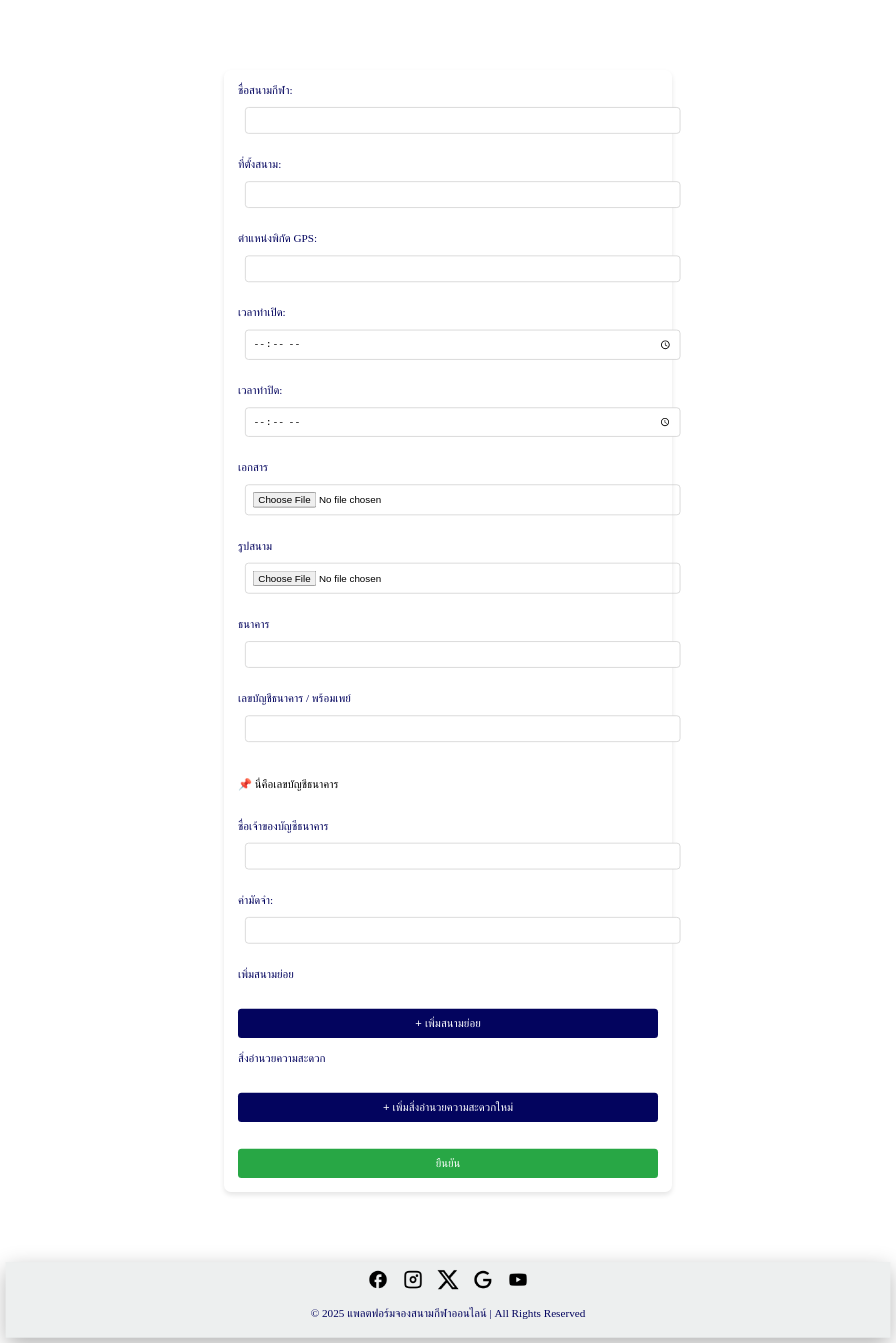
Repository: narawit101/project2
Page: /register-field (app in frontend/)
These files come from the project's save history. The page is drawn as it stood at one moment and after the next save; the edit follows.
The browser window is 1280 px wide. The pictures show the whole page, at 70% of full size.
The page's requests for data from a server got no answer. The project was rebuilt for these pictures with package versions that can differ from the ones it lists, and the page was loaded fresh each time. The framework's server and built-in components were replaced by stand-ins that run in the browser. No one was signed in, and anything a server would have sent is missing. Also part of the build but not shown: frontend/next.config.js, frontend/next.config.mjs, frontend/src/app/globals.css.

Above is the page before, as saved 2025-03-19 00:17:16.

### frontend/src/app/layout.jsx
import { Kanit } from "next/font/google";
import "./globals.css";
import  Footer from "./components/Footer"

const kanitFont = Kanit({
  variable: "--font-kanit",
  subsets: ["latin", "thai"],
  weight: ["300", "400", "600"],
});

export const metadata = {
  title: "แพลตฟอร์มจองสนามกีฬาออนไลน์",
  description: "Generated by create next app",
  icons: {
    icon:"./favicon.ico"
  }
};

export default function RootLayout({ children }) {
  return (
    <html lang="en">
      <body className={`${kanitFont.variable} antialiased`}>{children}
      <Footer></Footer>
      </body>

    </html>
  );
}

### frontend/src/app/(shared)/register-field/page.jsx
import React from "react";
import RegisterFieldForm from "@/app/components/RegisterFieldForm";

export default function RegisterFieldPage() {
  return (
    <>
    <RegisterFieldForm></RegisterFieldForm>

    </>
  );
}

### frontend/src/app/components/Footer.jsx
import React from "react";
import "../css/footer.css";

export default function Footer() {
  return (
    <div>
      <footer className="footer">
        <div className="social-icons">
          <a href="#">
            <img src="img/fblogo.png" alt="Facebook" />
          </a>
          <a href="#">
            <img src="img/iglogo.png" alt="Instagram" />
          </a>
          <a href="#">
            <img src="img/xlogo.png" alt="Twitter" />
          </a>
          <a href="#">
            <img src="img/gglogo.png" alt="Google" />
          </a>
          <a href="#">
            <img src="img/ytlogo.png" alt="YouTube" />
          </a>
        </div>

        <p className="copyright">
          &copy; 2025 แพลตฟอร์มจองสนามกีฬาออนไลน์ | All Rights Reserved
        </p>
      </footer>
    </div>
  );
}

### frontend/src/app/components/RegisterFieldForm.jsx
"use client";
import React, { useState, useEffect } from "react";
import "../css/registerFieldForm.css";

export default function RegisterFieldForm() {
  const API_URL = "http://localhost:5000";

  const [sports, setSports] = useState([]);
  const [facilities, setFacilities] = useState([]);
  const [selectedFacilities, setSelectedFacilities] = useState({});
  const [subFields, setSubFields] = useState([]);
  const [addOns, setAddons] = useState([]);
  const [newFacility, setNewFacility] = useState("");
  const [showNewFacilityInput, setShowNewFacilityInput] = useState(false);

  const [fieldData, setFieldData] = useState({
    field_name: "",
    address: "",
    gps_location: "",
    documents: null,
    open_hours: "",
    close_hours: "",
    img_field: null,
    preview_img: null,
    number_bank: "",
    account_holder: "",
    price_deposit: "",
    name_bank: "",
    selectedSport: "",
  });

  // 📌 โหลดประเภทกีฬา
  useEffect(() => {
    fetch(`${API_URL}/sports_types`)
      .then((res) => res.json())
      .then((data) => setSports(data))
      .catch((error) => console.error("Error fetching sports:", error));
  }, []);

  // 📌 โหลดสิ่งอำนวยความสะดวก
  useEffect(() => {
    fetch(`${API_URL}/facilities`)
      .then((res) => res.json())
      .then((data) => setFacilities(data))
      .catch((error) => console.error("Error fetching facilities:", error));
  }, []);

  // 📌 อัปเดตค่าช่องกรอกข้อมูลสนาม
  const handleFieldChange = (e) => {
    setFieldData({ ...fieldData, [e.target.name]: e.target.value });
  };

  // 📌 ฟังก์ชันเลือก Checkbox สิ่งอำนวยความสะดวก
  const handleFacilityChange = (facId) => {
    setSelectedFacilities((prev) => {
      const updatedFacilities = { ...prev };
      if (updatedFacilities[facId] !== undefined) {
        delete updatedFacilities[facId];
      } else {
        updatedFacilities[facId] = "";
      }
      return updatedFacilities;
    });
  };

  // 📌 ฟังก์ชันอัปเดตราคาสิ่งอำนวยความสะดวก
  const handleFacilityPriceChange = (facId, price) => {
    setSelectedFacilities((prev) => ({
      ...prev,
      [facId]: price,
    }));
  };

  // 📌 ฟังก์ชันเพิ่มสิ่งอำนวยความสะดวกใหม่
  const addNewFacility = async () => {
    if (!newFacility.trim()) return;

    const res = await fetch(`${API_URL}/facilities/add`, {
      method: "POST",
      headers: { "Content-Type": "application/json" },
      body: JSON.stringify({ fac_name: newFacility }),
    });

    const data = await res.json();
    if (data.error) {
      console.error("Error:", data.error);
      return;
    }

    setFacilities([...facilities, data]);
    setNewFacility("");
    setShowNewFacilityInput(false);
  };

  // ✅ เพิ่มสนามย่อย (มี addOns ในตัวเอง)
  const addSubField = () => {
    // ✅ ดึง user_id จาก localStorage
    const storedUser = localStorage.getItem("user");
    const userData = storedUser ? JSON.parse(storedUser) : null;
    const userId = userData ? userData.user_id : null; // ดึง user_id

    setSubFields([
      ...subFields,
      { name: "", price: "", sport_id: "", user_id: userId, addOns: [] },
    ]);
  };

  // ✅ ลบสนามย่อย (รวมถึง Add-ons ที่อยู่ภายใน)
  const removeSubField = (index) => {
    setSubFields(subFields.filter((_, i) => i !== index));
  };

  // ✅ อัปเดตข้อมูลสนามย่อย
  const updateSubField = (index, key, value) => {
    const updatedSubFields = [...subFields];
    updatedSubFields[index][key] = value;
    setSubFields(updatedSubFields);
  };

  const addAddOn = (subIndex) => {
    const updatedSubFields = [...subFields];
    updatedSubFields[subIndex].addOns.push({ content: "", price: "" });
    setSubFields(updatedSubFields);
  };

  // 📌 อัปเดตค่า Add-on
  const updateAddOn = (subIndex, addOnIndex, key, value) => {
    const updatedSubFields = [...subFields];
    updatedSubFields[subIndex].addOns[addOnIndex][key] = value;
    setSubFields(updatedSubFields);
  };

  // 📌 ลบ Add-on
  const removeAddOn = (subIndex, addOnIndex) => {
    const updatedSubFields = [...subFields];
    updatedSubFields[subIndex].addOns.splice(addOnIndex, 1);
    setSubFields(updatedSubFields);
  };

  // 📌 ฟังก์ชันจัดการอัปโหลดรูป และแสดงตัวอย่าง
  const handleimgChange = (e) => {
    const file = e.target.files[0]; // ดึงไฟล์รูปจาก input
    if (file) {
      setFieldData({
        ...fieldData,
        img_field: file,
        imgPreview: URL.createObjectURL(file), // สร้าง URL เพื่อแสดงรูป
      });
    }
  };

  const handleSubmit = async (e) => {
    e.preventDefault();

    const storedUser = localStorage.getItem("user");
    if (!storedUser) {
      alert("❌ กรุณาเข้าสู่ระบบก่อน!");
      return;
    }

    const userData = JSON.parse(storedUser);
    const userId = userData.user_id; // ✅ ดึง user_id ตอน Submit

    const formData = new FormData();
    formData.append("documents", fieldData.documents);
    formData.append("img_field", fieldData.img_field); // ✅ เพิ่มการส่งรูปภาพ
    formData.append(
      "data",
      JSON.stringify({
        user_id: userId,
        field_name: fieldData.field_name,
        address: fieldData.address,
        gps_location: fieldData.gps_location,
        open_hours: fieldData.open_hours,
        close_hours: fieldData.close_hours,
        number_bank: fieldData.number_bank,
        account_holder: fieldData.account_holder,
        price_deposit: fieldData.price_deposit,
        name_bank: fieldData.name_bank,
        status: fieldData.status || "รอตรวจสอบ", // ✅ เพิ่มค่า Status
        selectedFacilities,
        subFields: subFields,
      })
    );

    try {
      const res = await fetch("http://localhost:5000/field/register", {
        method: "POST",
        body: formData,
      });

      const data = await res.json();
      if (data.error) {
        console.error("❌ Error:", data.error);
        alert("เกิดข้อผิดพลาด: " + data.error);
        return;
      }

      alert("บันทึกข้อมูลสนามเรียบร้อย! รูปภาพถูกอัปโหลดที่: " + data.img_path);
    } catch (error) {
      console.error("❌ Fetch Error:", error);
      alert("เกิดข้อผิดพลาดในการส่งข้อมูล");
    }
  };

  return (
    <div className="contianer">
      <form onSubmit={handleSubmit} encType="multipart/form-data">
        <div className="input-group">
          {" "}
          <label>ชื่อสนามกีฬา:</label>
          <input
            type="text"
            name="field_name"
            value={fieldData.field_name}
            onChange={handleFieldChange}
          />
        </div>
        <div className="input-group">
          <label>ที่ตั้งสนาม:</label>
          <input
            type="text"
            name="address"
            value={fieldData.address}
            onChange={handleFieldChange}
          />
        </div>
        <div className="input-group">
          <label>ตำแหน่งพิกัด GPS:</label>
          <input
            type="text"
            name="gps_location"
            value={fieldData.gps_location}
            onChange={handleFieldChange}
          />
        </div>
        <div className="input-group">
          <label>เวลาทำเปิด:</label>
          <input
            type="time"
            name="open_hours"
            value={fieldData.open_hours}
            onChange={handleFieldChange}
          />
        </div>
        <div className="input-group">
          <label>เวลาทำปิด:</label>
          <input
            type="time"
            name="close_hours"
            value={fieldData.close_hours}
            onChange={handleFieldChange}
          />
        </div>
        <div className="input-group">
          <label htmlFor="documents">เอกสาร</label>
          <input
            type="file"
            onChange={(e) =>
              setFieldData({ ...fieldData, documents: e.target.files[0] })
            }
          />
        </div>
        <div className="input-group">
          <label htmlFor="img_field">รูปสนาม</label>

          <input type="file" onChange={handleimgChange} accept="image/*" />
        </div>
        {/* ✅ แสดงรูปตัวอย่างถ้ามีการอัปโหลด */}
        {fieldData.imgPreview && (
          <div>
            <p>ตัวอย่างรูป:</p>
            <img
              src={fieldData.imgPreview}
              alt="Preview"
              style={{ width: "200px", height: "auto", marginTop: "10px" }}
            />
          </div>
        )}
        <div className="input-group">
          <label htmlFor="bank">ธนาคาร</label>
          <input
            type="text"
            name="name_bank"
            value={fieldData.name_bank}
            onChange={handleFieldChange}
          />
        </div>
        <div className="input-group">
          <label htmlFor="bank">เลขบัญชีธนาคาร / พร้อมเพย์</label>
          <input
            type="number"
            name="number_bank"
            value={fieldData.number_bank}
            onChange={(e) => {
              const value = e.target.value;

              // ✅ อนุญาตเฉพาะตัวเลข
              if (/^\d*$/.test(value)) {
                setFieldData({ ...fieldData, number_bank: value });
              }
            }}
            onBlur={() => {
              const isPromptPay = fieldData.name_bank === "พร้อมเพย์";
              const length = fieldData.number_bank.length;

              // ✅ ตรวจสอบความถูกต้องของเลขที่กรอก
              if (
                (!isPromptPay && length !== 12) || // ✅ ถ้าเป็นบัญชีธนาคารต้อง 12 หลัก
                (isPromptPay && length !== 10 && length !== 13) // ✅ ถ้าเป็นพร้อมเพย์ต้อง 10 หรือ 13 หลัก
              ) {
                alert("เลขที่กรอกไม่ถูกต้อง กรุณากรอกให้ตรงกับเงื่อนไข");
                setFieldData({ ...fieldData, number_bank: "" }); // ❌ เคลียร์ค่า
              }
            }}
            maxLength={13} // ✅ จำกัดสูงสุดที่ 13 หลัก
          />
        </div>
        <div className="input-group">
          <p>
            📌{" "}
            {fieldData.name_bank === "พร้อมเพย์"
              ? "นี่คือหมายเลขพร้อมเพย์"
              : "นี่คือเลขบัญชีธนาคาร"}
          </p>
        </div>
        <div className="input-group">
          <label htmlFor="bank">ชื่อเจ้าของบัญชีธนาคาร</label>
          <input
            type="text"
            name="account_holder"
            value={fieldData.account_holder}
            onChange={handleFieldChange}
          />
        </div>
        <div className="input-group">
          <label>ค่ามัดจำ:</label>
          <input
            type="number"
            name="price_deposit"
            value={fieldData.price_deposit}
            onChange={handleFieldChange}
          />
        </div>
        <div className="input-group">
          <label>เพิ่มสนามย่อย</label>
        </div>
        {subFields.map((sub, subIndex) => (
          <div
            key={subIndex}

          >
            {/* ✅ Input กรอกชื่อสนามย่อย */}
            <div className="input-group">
              <input
                type="text"
                placeholder="ชื่อสนามย่อย"
                value={sub.name}
                onChange={(e) =>
                  updateSubField(subIndex, "name", e.target.value)
                }
              />
            </div>
            {/* ✅ Input กรอกราคา */}
            <div className="input-group">
              <input
                type="number"
                placeholder="ราคา"
                value={sub.price}
                onChange={(e) =>
                  updateSubField(subIndex, "price", e.target.value)
                }
              />
            </div>

            {/* ✅ Dropdown เลือกประเภทกีฬา */}
            <div className="input-group">
              <select
                value={sub.sport_id}
                onChange={(e) =>
                  updateSubField(subIndex, "sport_id", e.target.value)
                }
              >
                <option value="">เลือกประเภทกีฬา</option>
                {sports.map((sport) => (
                  <option key={sport.sport_id} value={sport.sport_id}>
                    {sport.sport_name}
                  </option>
                ))}
              </select>
            </div>

            {/* ✅ ปุ่มเพิ่มกิจกรรมเพิ่มเติม (เฉพาะสนามนี้) */}
            <button
              className="addbtn"
              type="button"
              onClick={() => addAddOn(subIndex)}
            >
              เพิ่มกิจกรรมเพิ่มเติม
            </button>

            {/* ✅ ปุ่มลบสนามย่อย */}
            <button
              className="delbtn"
              type="button"
              onClick={() => removeSubField(subIndex)}
            >
              ลบสนามย่อย
            </button>

            {/* ✅ แสดงรายการกิจกรรมเพิ่มเติมที่อยู่ในสนามนี้ */}
            {sub.addOns.map((addon, addOnIndex) => (
              <div
                key={addOnIndex}
                style={{ marginLeft: "20px", marginTop: "5px" }}
              >
                {/* ✅ Input กรอกชื่อกิจกรรม */}
                <div className="input-group">
                  <input
                    type="text"
                    placeholder="ชื่อกิจกรรม"
                    value={addon.content}
                    onChange={(e) =>
                      updateAddOn(
                        subIndex,
                        addOnIndex,
                        "content",
                        e.target.value
                      )
                    }
                  />
                </div>
                {/* ✅ Input กรอกราคา */}
                <div className="input-group">
                  <input
                    type="number"
                    placeholder="ราคา"
                    value={addon.price}
                    onChange={(e) =>
                      updateAddOn(subIndex, addOnIndex, "price", e.target.value)
                    }
                  />
                </div>

                {/* ✅ ปุ่มลบกิจกรรมเพิ่มเติม */}
                <button
                  className="delevn"
                  type="button"
                  onClick={() => removeAddOn(subIndex, addOnIndex)}
                >
                  ลบกิจกรรมเพิ่มเติม
                </button>
              </div>
            ))}
          </div>
        ))}

        {/* ✅ ปุ่มเพิ่มสนามย่อย */}

        <button className="addsubfield" type="button" onClick={addSubField}>
          + เพิ่มสนามย่อย
        </button>
        <div className="input-group">
          <label>สิ่งอำนวยความสะดวก</label>
        </div>
        {facilities.map((fac) => (
          <div key={fac.fac_id} className="facility-item">
            {/* Checkbox เลือกสิ่งอำนวยความสะดวก */}
            <div className="input-group-checkbox">
              <input
                type="checkbox"
                checked={selectedFacilities[fac.fac_id] !== undefined}
                onChange={() => handleFacilityChange(fac.fac_id)}
              />
              <label>{fac.fac_name}</label>
            </div>

            {/* ป้อนราคาเมื่อเลือกสิ่งอำนวยความสะดวก */}
            {selectedFacilities[fac.fac_id] !== undefined && (
              <div className="input-group-checkbox">
                <input
                  type="number"
                  placeholder="กำหนดราคา"
                  value={selectedFacilities[fac.fac_id]}
                  onChange={(e) =>
                    handleFacilityPriceChange(fac.fac_id, e.target.value)
                  }
                />
              </div>
            )}
          </div>
        ))}
        {!showNewFacilityInput ? (
          <button
            className="addfac"
            type="button"
            onClick={() => setShowNewFacilityInput(true)}
          >
            + เพิ่มสิ่งอำนวยความสะดวกใหม่
          </button>
        ) : (
          <div>
            <input
              type="text"
              placeholder="ชื่อสิ่งอำนวยความสะดวก"
              value={newFacility}
              onChange={(e) => setNewFacility(e.target.value)}
            />
            <button className="savebtn" type="button" onClick={addNewFacility}>
              บันทึก
            </button>
            <button
              className="canbtn"
              type="button"
              onClick={() => setShowNewFacilityInput(false)}
            >
              ยกเลิก
            </button>
          </div>
        )}

        <br />
        <button className="submitbtn" type="submit">ยืนยัน</button>
      </form>
    </div>
  );
}

### frontend/src/app/css/footer.css
:root {
  --text-color: #03045e;
}
.footer {
  background: #edefef;
  padding: 10px 0;
  text-align: center;
  color: var(--text-color);
  position: relative;
  box-shadow: 0px 10px 30px rgba(0, 0, 0, 0.3);
}

.social-icons {
  display: flex;
  justify-content: center;
  gap: 20px;
  margin-bottom: 20px;
}

.social-icons a img {
  width: 30px;
  height: 30px;
  transition: transform 0.3s ease-in-out;
}

.social-icons a:hover img {
  transform: scale(1.1);
  filter: brightness(1.2);
}

.copyright {
  font-size: 16px;
}

### frontend/src/app/css/registerFieldForm.css
:root {
  --text-color: #03045e;
}

.contianer {
  width: 100%;
  max-width: 600px;
  margin: 100px auto;
  padding: 20px;
  background: #ffffff;
  box-shadow: 0 4px 8px rgba(0, 0, 0, 0.1);
  border-radius: 10px;
  text-align: left;
}
form {
  display: flex;
  flex-direction: column;
}

.input-group {
  margin-bottom: 25px;
  text-align: left;
}

.facility-item {
  display: flex;
  flex-direction: column;
  margin-bottom: 15px;
}

.input-group-checkbox {
    display: flex;
    align-items: center;
    margin-bottom: 10px;
  }

.input-group-checkbox input[type="checkbox"] {
  margin-right: 10px;
  width: 20px;
  height: 20px;
  accent-color: #2980b9;
  cursor: pointer;
}

.input-group-checkbox input[type="checkbox"]:checked + label {
  color: #2980b9; /* เปลี่ยนสีข้อความเมื่อเลือก checkbox */
}

.input-group-checkbox label:hover {
  color: #3498db;
}

label {
  font-size: 16px;
  font-weight: 500;
  color: var(--text-color);
  display: block;
  margin-bottom: 5px;
}

input {
  margin: 10px;
  width: 100%;
  padding: 10px;
  border: 1px solid #ccc;
  border-radius: 5px;
  font-size: 14px;
  transition: 0.3s;
}

input:focus {
  border-color: var(--text-color);
  box-shadow: 0 0 5px rgba(3, 4, 94, 0.5);
  outline: none;
}
.addbtn {
  margin: 0px 0px 10px 0px;
}
.delbtn {
  margin: 0px 0px 10px 10px;
}
.delevn {
  margin: 0px 0px 10px 0px;
}
.addsubfield {
  margin: 10px 0px 20px 0px;
}
.addfac {
  margin: 10px 0px 20px 0px;
}
.savebtn {
  margin: 10px 0px 20px 0px;
}
.canbtn {
  margin: 10px 0px 20px 10px;
}
.submitbtn{
    background-color: #28a745;
}
.submitbtn:hover {
    background: #21cd49;
  }

button {
  background: var(--text-color);
  color: white;
  border: none;
  padding: 12px;
  font-size: 16px;
  cursor: pointer;
  border-radius: 5px;
  transition: 0.3s;
}

button:hover {
  background: #02226c;
}

### frontend/tailwind.config.mjs
/** @type {import('tailwindcss').Config} */
export default {
  content: [
    "./src/pages/**/*.{js,ts,jsx,tsx,mdx}",
    "./src/components/**/*.{js,ts,jsx,tsx,mdx}",
    "./src/app/**/*.{js,ts,jsx,tsx,mdx}",
  ],
  theme: {
    extend: {
      colors: {
        background: "var(--background)",
        foreground: "var(--foreground)",
      },
    },
  },
  plugins: [],
};

After the next save:
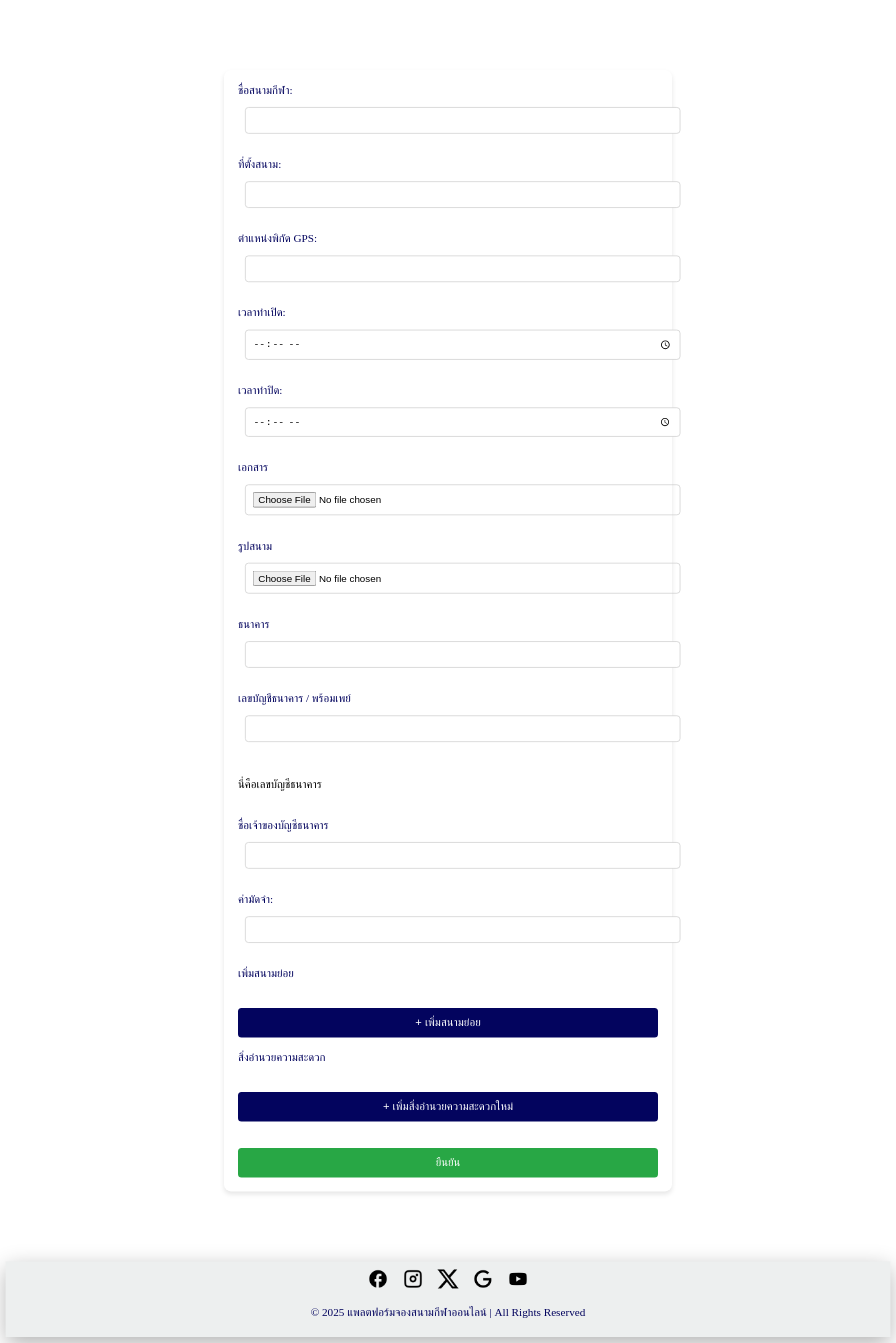
Saved 40 s later.
--- a/frontend/src/app/components/RegisterFieldForm.jsx
+++ b/frontend/src/app/components/RegisterFieldForm.jsx
@@ -318,7 +318,7 @@
         </div>
         <div className="input-group">
           <p>
-            📌{" "}
+            {" "}
             {fieldData.name_bank === "พร้อมเพย์"
               ? "นี่คือหมายเลขพร้อมเพย์"
               : "นี่คือเลขบัญชีธนาคาร"}
